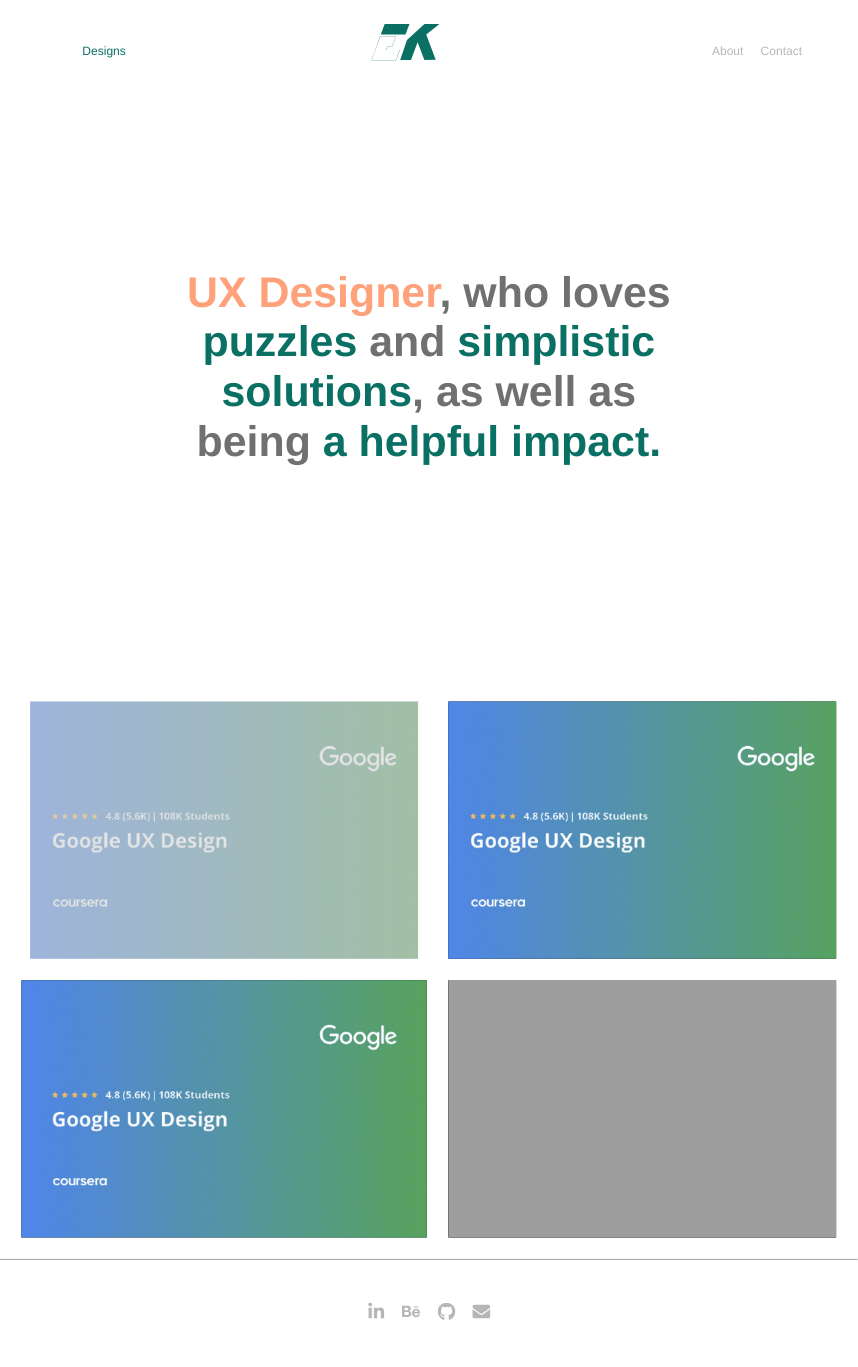
Repository: Kudom-E/Kudom-E.github.io
Page: /#/designs
An editor plug-in stored every save of this project. The page is shown before and after the next save, followed by the edit.
The browser window is 1280 px wide. The pictures show the whole page, at 67% of full size.
Pictures or frames that could not be fetched are drawn as grey boxes. The project was rebuilt for these pictures with package versions that can differ from the ones it lists, and the page was loaded fresh each time. Also part of the build but not shown: next.config.js, src/Pages/Splash/Splash.js, src/Pages/About/About.js, src/Pages/Contact/Contact.js, src/Pages/Project/Project.js, src/App.css.

Above is the page before, as saved 2022-03-31 22:06:46.

### public/index.html
<!DOCTYPE html>
<html lang="en">
  <head>
    <meta charset="utf-8" />
    <link rel="icon" href="%PUBLIC_URL%/favicon.ico" />
    <meta name="viewport" content="width=device-width, initial-scale=1" />
    <meta name="theme-color" content="#000000" />
    <meta
      name="description"
      content="Web site created using create-react-app"
    />
    <link rel="apple-touch-icon" href="%PUBLIC_URL%/logo192.png" />
    <!--
      manifest.json provides metadata used when your web app is installed on a
      user's mobile device or desktop. See https://developers.google.com/web/fundamentals/web-app-manifest/
    -->
    <link rel="manifest" href="%PUBLIC_URL%/manifest.json" />
    <!--
      Notice the use of %PUBLIC_URL% in the tags above.
      It will be replaced with the URL of the `public` folder during the build.
      Only files inside the `public` folder can be referenced from the HTML.

      Unlike "/favicon.ico" or "favicon.ico", "%PUBLIC_URL%/favicon.ico" will
      work correctly both with client-side routing and a non-root public URL.
      Learn how to configure a non-root public URL by running `npm run build`.
    -->
    <title>React App</title>
    <script type="text/javascript">
      // Single Page Apps for GitHub Pages
      // MIT License
      // https://github.com/rafgraph/spa-github-pages
      // This script checks to see if a redirect is present in the query string,
      // converts it back into the correct url and adds it to the
      // browser's history using window.history.replaceState(...),
      // which won't cause the browser to attempt to load the new url.
      // When the single page app is loaded further down in this file,
      // the correct url will be waiting in the browser's history for
      // the single page app to route accordingly.
      (function(l) {
        if (l.search[1] === '/' ) {
          var decoded = l.search.slice(1).split('&').map(function(s) {
            return s.replace(/~and~/g, '&')
          }).join('?');
          window.history.replaceState(null, null,
              l.pathname.slice(0, -1) + decoded + l.hash
          );
        }
      }(window.location))
    </script>
  </head>
  <body>
    <noscript>You need to enable JavaScript to run this app.</noscript>
    <div id="root"></div>
    <!--
      This HTML file is a template.
      If you open it directly in the browser, you will see an empty page.

      You can add webfonts, meta tags, or analytics to this file.
      The build step will place the bundled scripts into the <body> tag.

      To begin the development, run `npm start` or `yarn start`.
      To create a production bundle, use `npm run build` or `yarn build`.
    -->
  </body>
</html>

### src/index.css
body {
  margin: 0;
  font-family: 'Franklin Gothic Medium', 'Arial Narrow', Arial, sans-serif;
  -webkit-font-smoothing: antialiased;
  -moz-osx-font-smoothing: grayscale;
}

code {
  font-family: source-code-pro, Menlo, Monaco, Consolas, 'Courier New',
    monospace;
}

:root {
  --primary-color: #0A7064;
  --secondary-color: #FFA17A;
  --accent-color: #707070;
  --dark: #000000;
  --bright: #ffffff;
}

h1, h3, h4, a, p {
  color: var(--accent-color);
}

.details h1 {
  font-size: 5rem;
  color: var(--bright);
}

h1 {
  font-size: 4rem;
}

a {
  font-size: 1.125rem;
  opacity: 0.5;
  text-decoration: none;
  margin: 0 1vw;
}


ul a:hover {
  color: var(--primary-color);
  opacity: 1;
}

h2 {
  font-size: 2rem;
  color: var(--accent-color)
}

h3 {
  font-size: 1.375rem;
  margin: 0 1vw;
}

p {
  font-size: 1rem;
  margin: 0;
}

### src/App.js
import { BrowserRouter as Router, Route, HashRouter} from 'react-router-dom';
import { Routes } from "./Routes";
import './App.css';

function App() {
  return (
    <HashRouter>
    <div>
      {Routes.map((route, index) => {
        return (
          <Route
            key={index}
            path={route.path}
            exact={route.exact}
            component={ (props => {
              return (
                <route.layout {...props} splash={route.splash}>
                  <route.component {...props}/>
                </route.layout>
              );
            })}
          />
        );
      })}
    </div>
  </HashRouter>
  );
}

export default App;

### src/Routes.js
import Layout from "./Layout/Layout";
import Home from "./Pages/Home/Home";
import Splash from "./Pages/Splash/Splash";
import About from "./Pages/About/About"
import Contact from "./Pages/Contact/Contact"
import Project from "./Pages/Project/Project";

export const Routes = [
    {
        path: "/",
        exact: true,
        layout: Layout,
        component: Splash,
        splash: true
    },
    {
        path: "/designs",
        exact: true,
        layout: Layout,
        component: Home
    },
    {
        path: "/about",
        layout: Layout,
        component: About
    },
    {
        path: "/contact",
        layout: Layout,
        component: Contact
    },
    {
        path: "/trailer-browsing-project",
        layout: Layout,
        component: Project
    }
]

### src/Layout/Layout.js
import React from 'react'
import Footer from './Footer';
import Header from './Header'


const Layout = (props) => (
    <div style={{height: "100vh"}}>
        {!props.splash && <Header/>}
        {props.children}
        {!props.splash && <Footer/>}
    </div>
);
export default Layout;

### src/Pages/Home/Home.js
import React, { Component } from 'react'

class Home extends Component {
  render() {
    return (
      <div className='home'>
          <h1>
              <strong>UX Designer</strong>, who loves <b>puzzles </b>
                and <b> simplistic solutions</b>, as well as being
                <b> a helpful impact.</b>
            </h1>
            <div className='grid-container'>
                <a href="/#/trailer-browsing-project" className=' coursera'>
                  <div className='grid-item c-back'/>
                </a>
                <div className='grid-item coursera'/>
                <div className='grid-item coursera'/>
                <div className='grid-item kace'/>
            </div>
      </div>
    )
  }
}
export default Home;

### src/Layout/Footer.js
import React from 'react'
import * as IconF from 'react-icons/fa'

function Footer() {
  return (
    <footer>
        <div>
            <a href='https://www.linkedin.com/in/emmanuel-kudom-agyemang-b93a4117a/'><IconF.FaLinkedinIn className='f-icon'/></a>
            <a href='https://www.behance.net/emmanuelk1'><IconF.FaBehance className='f-icon'/></a>
            <a href='https://github.com/Kudom-E'><IconF.FaGithub className='f-icon'/></a>
            <a href='mailto:emmanuekudomagyemang@gmail.com'><IconF.FaEnvelope className='f-icon'/></a>
        </div>
    </footer>
  )
}

export default Footer

### src/Layout/Header.js
import React from 'react'
import "./Layout.css"
import Logo from '../Logo.svg'
import { NavLink, withRouter } from 'react-router-dom'


function Header() {
  return (
    <header>
        <nav>
            <ul>
                <NavLink to="/designs" activeStyle={{color: "#0A7064", opacity: "1"}}>Designs</NavLink>
            </ul>
        </nav>
        <div className='logo-container'>
            <a href="/">
                <img className="logo" src={Logo} alt="logo"/>
            </a>
        </div>
        <nav>
            <ul>
                <NavLink to='/about' activeStyle={{color: "#0A7064", opacity: "1"}}>About</NavLink>
                <NavLink to='/contact' activeStyle={{color: "#0A7064", opacity: "1"}}>Contact</NavLink>
            </ul>
        </nav>
    </header>
  )
}

export default withRouter(Header);

### src/Pages/Pages.css
.splash {
    background-image: url("../Images/pexels-cottonbro-4069291.jpg");
    filter: blur(10px);
    height: 100%;
    background-position: center;
    background-size: cover;
    position: relative;
}
.cover {
    background: var(--accent-color);
    opacity: 0.4;
    position: absolute;
    top: 0;
    left: 0;
    height: 100%;
    width: 100%;
}
.details {
    position: absolute;
    z-index: 1000;
    width: 100%;
    text-align: center;
    top: 30vh;
}

.links {
    margin: 4rem;
    display: flex;
    justify-content: center;
}

.links a {
color: var(--primary-color);
}
.links p {
    color: var(--primary-color);
    margin-top: -5px;
}
strong {
    color: var(--secondary-color);
}
b {
    color: var(--primary-color);
}

.home h1, .project h1 {
    text-align: center;
    padding: 4em 4em 0;
}
.project h1 {
    padding: 2em 4em 0;
    margin-bottom: 0;
}


.intro {
    text-align: center;
    padding: 6em 6em 0
}
.sub-intro {
    text-align: center;
    padding: 2em 0 0;
}
.sub {
    opacity: 0.5;
    text-align: center;
    margin: 1em 0 0 0;
}

.goals {
    background-color: var(--accent-color);
    padding: 5em;
    justify-content: center;
    flex-direction: row;
}
.goals div {
    margin: 0 5vw;
}
.goals p {
    color: var(--bright);
    width: 30vw;
}
.goals h2 {
    color: var(--bright);
}

.grid-container {
    display: grid;
    grid-template-columns: auto auto;
    margin: 20em 0 0 0;
    padding: 2em;
    gap: 2em;
}

.grid-item {
    text-align: center;
    width: 100%;
    height: 30vw;
    margin: 0;
    background-color: #000000;
}
.c-back {
    opacity: .2;
}
.coursera {
    background-image: url("../Images/coursera.png");
    background-size: cover;
    background-position: center;
    background-repeat: no-repeat;
}

.kace {
    background-image: url("../Images/kace.jpg");
    background-size: cover;
    background-position: center;
    background-repeat: no-repeat;
}
section {
    margin: 5rem 0  0 0;
    display: flex;
    flex-direction: column;
    align-items: center;
}
.top {
    margin: 0;
}

section h3 {
    margin: 3rem 0 0 0;
}
section .mid {
    width: 60vw;
}

.goal-card, .problem-card {
    padding: 4rem;
    text-align: center;
}
.goal-card {
    background-color: var(--secondary-color);
}

.goal-card h2, .problem-card h2 {
    color: var(--bright);
}
.card {
    margin: 2rem 0 2rem 0;
}
.problem-card {
    background-color: var(--primary-color);
    width: 65vw;
}
.idea-card {
    display: flex;
}
.finish {
    margin: 6rem 0 0 0;
}
.display {
    background-color: #F5F5F5;
    height: 40vw;
}
.finish-line {
    background-image: url("../Images//finish.jpg");
    background-size: cover;
    background-position: center;
    background-repeat: no-repeat;
    height: 30vw;
    width: 100%;
    display: flex;
    justify-content: center;
    align-items: center;
}
.dark-cover {
    background: var(--dark);
    opacity: 0.8;
    height: 100%;
    width: 100%;
}
.display {
    display: flex;
    justify-content: center;
    padding: 4rem 0;
    width: 100%;
}
section a {
    width: 100%;
}
.map-card {
    margin-bottom: -4rem;
}
.finish-text {
    position: absolute;
    text-align: center;
    width: 100%;
}
.finish-text h2, .finish-text p {
    color: var(--bright);
}

### src/Layout/Layout.css
header {
    height: 50px;
    background-color: #ffffff;
    margin: 50px 0 0 0;
    padding: 0 70px;
    display: flex;
    justify-content: space-between;
}
.logo-container a {
    opacity: 1;
}

.logo {
    width: 8vw;
    height: 8vw;
    margin: -3vw 0 0 0;
  }
footer {
    border-top: .1rem solid var(--accent-color);
    display: flex;
    align-items: center;
    justify-content: center;
    padding: 4rem 5rem;
}
.f-icon {
    font-size: 1.5em;
}
footer a:hover {
    opacity: 1;
}

Loaded but not shown: src/index.js (common file); src/reportWebVitals.js (common file)

After the next save:
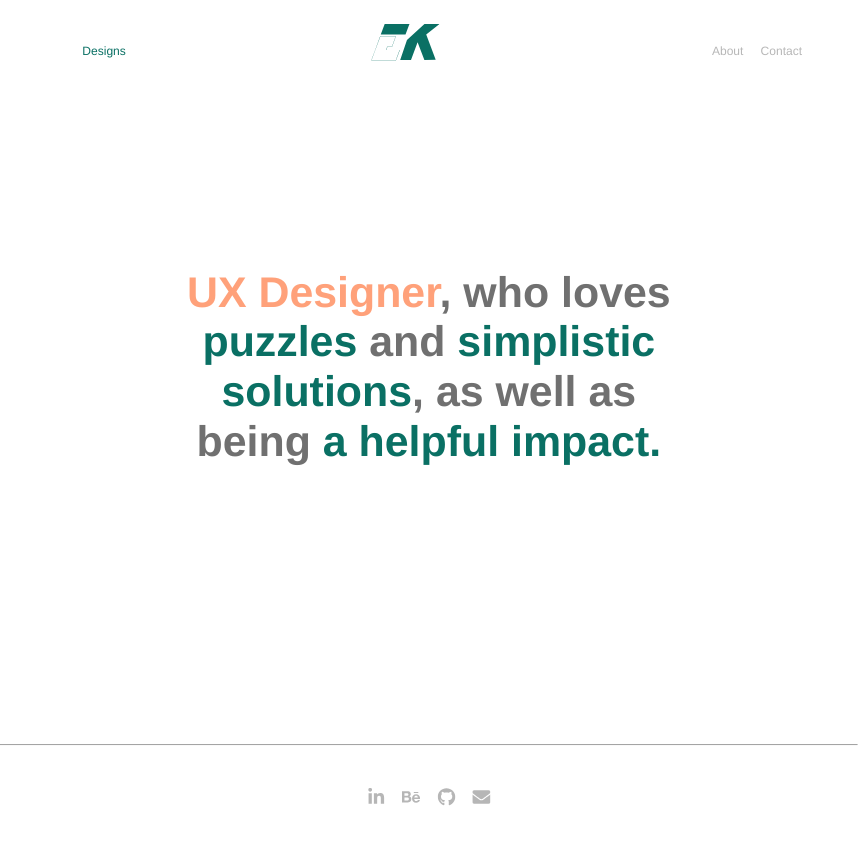
Saved 13 s later.
--- a/src/Pages/Pages.css
+++ b/src/Pages/Pages.css
@@ -94,8 +94,6 @@
 
 .grid-item {
     text-align: center;
-    width: 100%;
-    height: 30vw;
     margin: 0;
     background-color: #000000;
 }

After the 2 saves that followed:
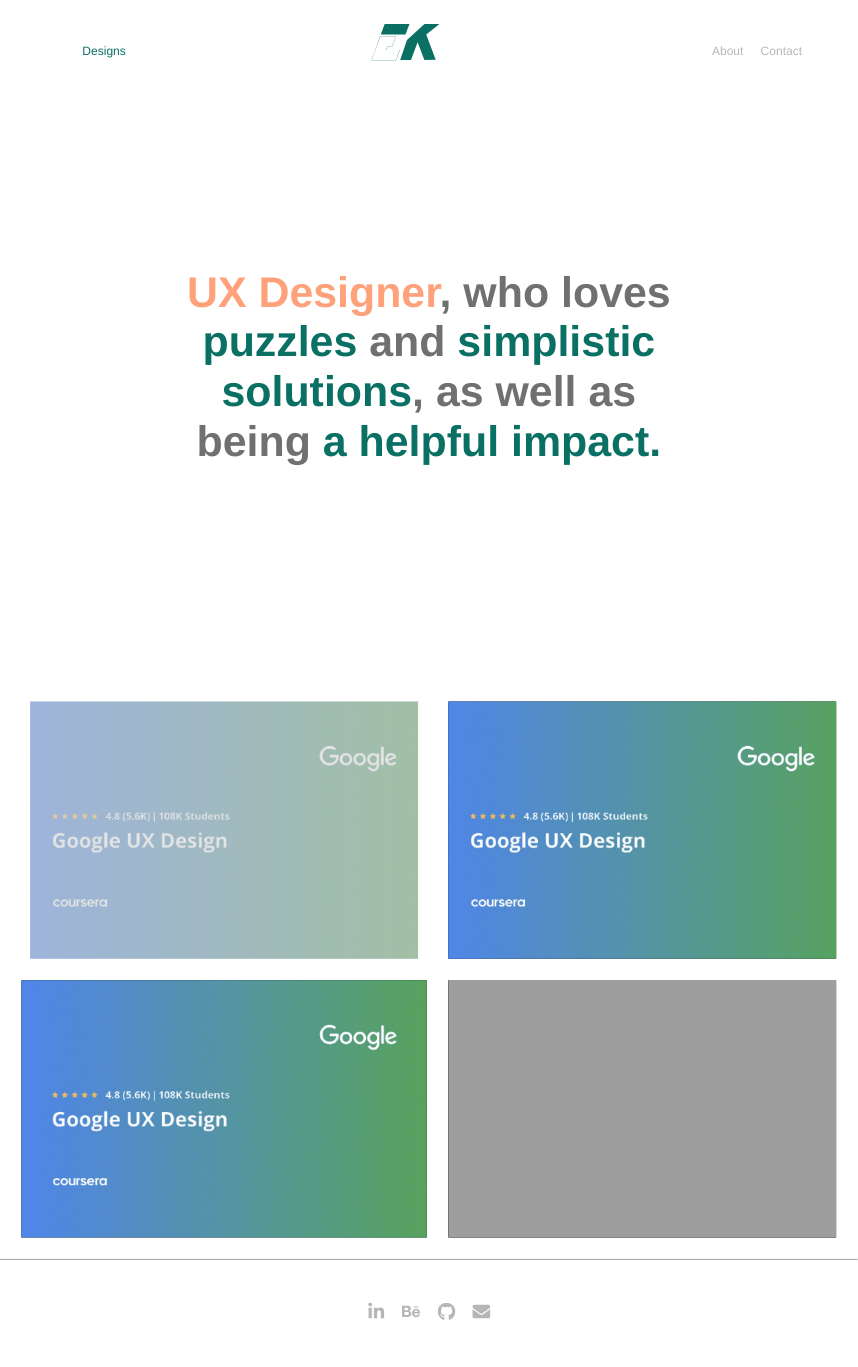
The 2 saves are shown as one change because they came seconds apart.
The last was saved 11 s later.
--- a/src/Pages/Pages.css
+++ b/src/Pages/Pages.css
@@ -94,6 +94,8 @@
 
 .grid-item {
     text-align: center;
+    width: 100%;
+    height: 30vw;
     margin: 0;
     background-color: #000000;
 }
